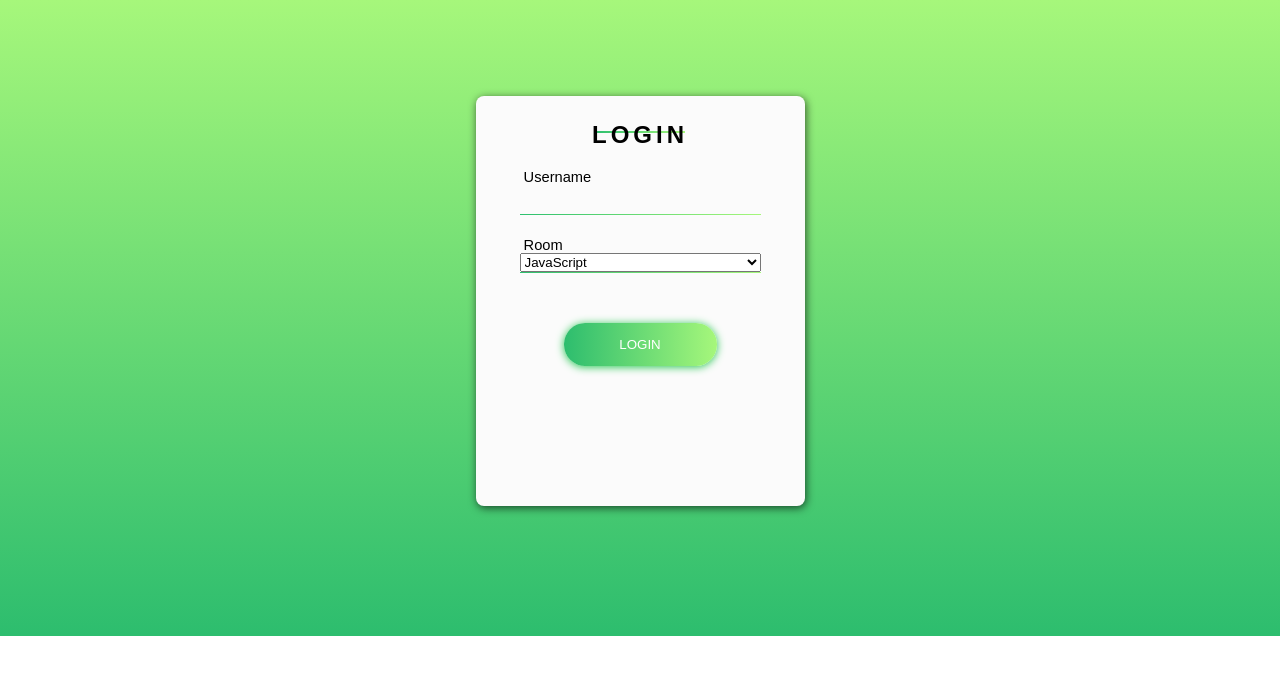
Repository: satyam12116/chat
Page: public/index.html
These files come from the project's save history. The page is drawn as it stood at one moment and after the next save; the edit follows.
The browser window is 1280 px wide. The pictures show the whole page.
Some web libraries are served in a nearby version.

Above is the page before, as saved 2023-03-26 11:16:00.

After the next save:
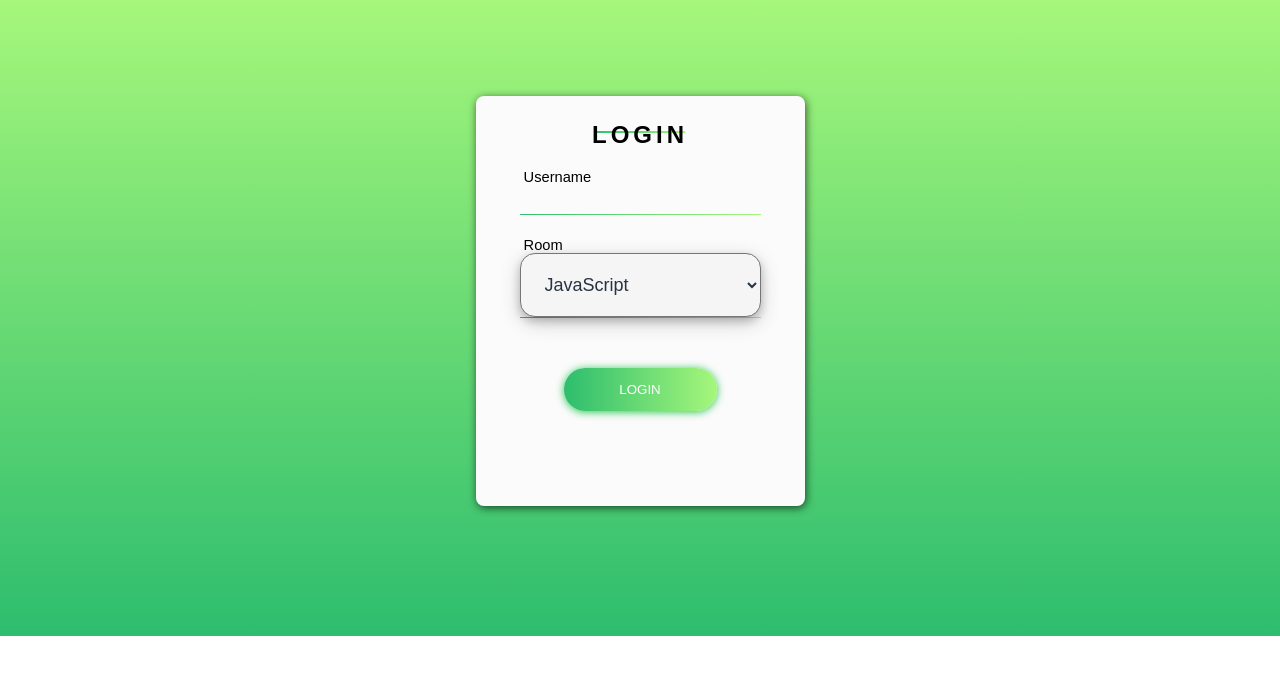
Saved 10 s later.
--- a/public/index.html
+++ b/public/index.html
@@ -60,7 +60,7 @@
 				<label for="user-password" style="padding-top:22px">&nbsp;Room
 				  </label>
 				<!-- <input id="user-password" class="form-content" type="password" name="password" required /> -->
-				<select name="room" id="room">
+				<select name="room" id="my">
 					<option value="JavaScript">JavaScript</option>
 					<option value="Python">Python</option>
 					<option value="PHP">PHP</option>
